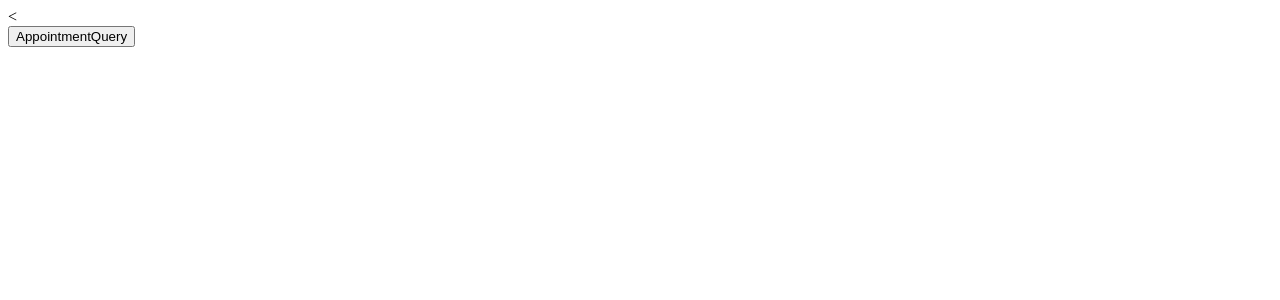
Repository: ManjushaBolishetty/test
Page: http://localhost/test/DentistHomePage.jsp
These files come from the project's save history. The page is drawn as it stood at one moment and after the next save; the edit follows.
The browser window is 1280 px wide. The pictures show the whole page.
The page is served by Tomcat 9.

Above is the page before, as saved 2016-04-03 04:17:27.

After the next save:
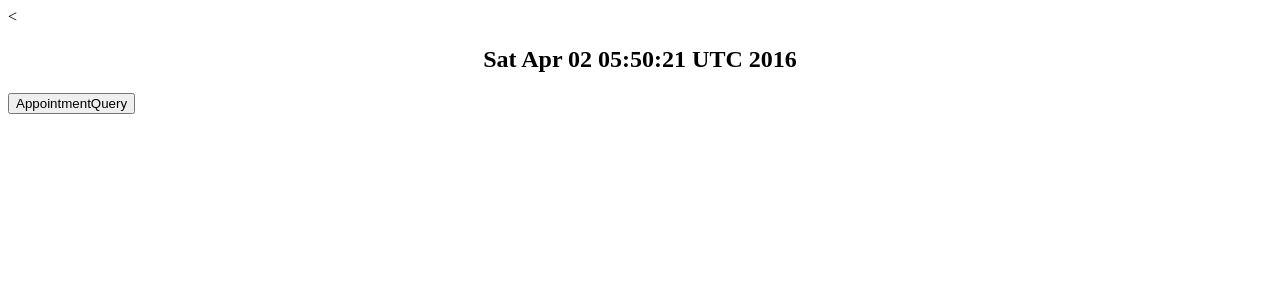
Saved 5 min 0 s later.
--- a/test/WebContent/DentistHomePage.jsp
+++ b/test/WebContent/DentistHomePage.jsp
@@ -1,6 +1,9 @@
 <%@ page language="java"
     contentType="text/html; charset=ISO-8859-1"
     pageEncoding="ISO-8859-1"%>
+<%@ page import="java.io.*,java.util.*" %>
+<%@ page import="javax.servlet.*,java.text.*" %>
+
 <!DOCTYPE html PUBLIC "-//W3C//DTD HTML 4.01 Transitional//EN" "http://www.w3.org/TR/html4/loose.dtd">
 <html>
 <head>
@@ -8,6 +11,10 @@
     <<title>My Appointments</title>
 </head>
 <body>
+<%
+   Date date = new Date();
+   out.print( "<h2 align=\"center\">" +date.toString()+"</h2>");
+%>
   <form action="HelloWorldServlet" method="post">
       <input type="submit" name="AppointmentQuery" value="AppointmentQuery" />
   </form>
